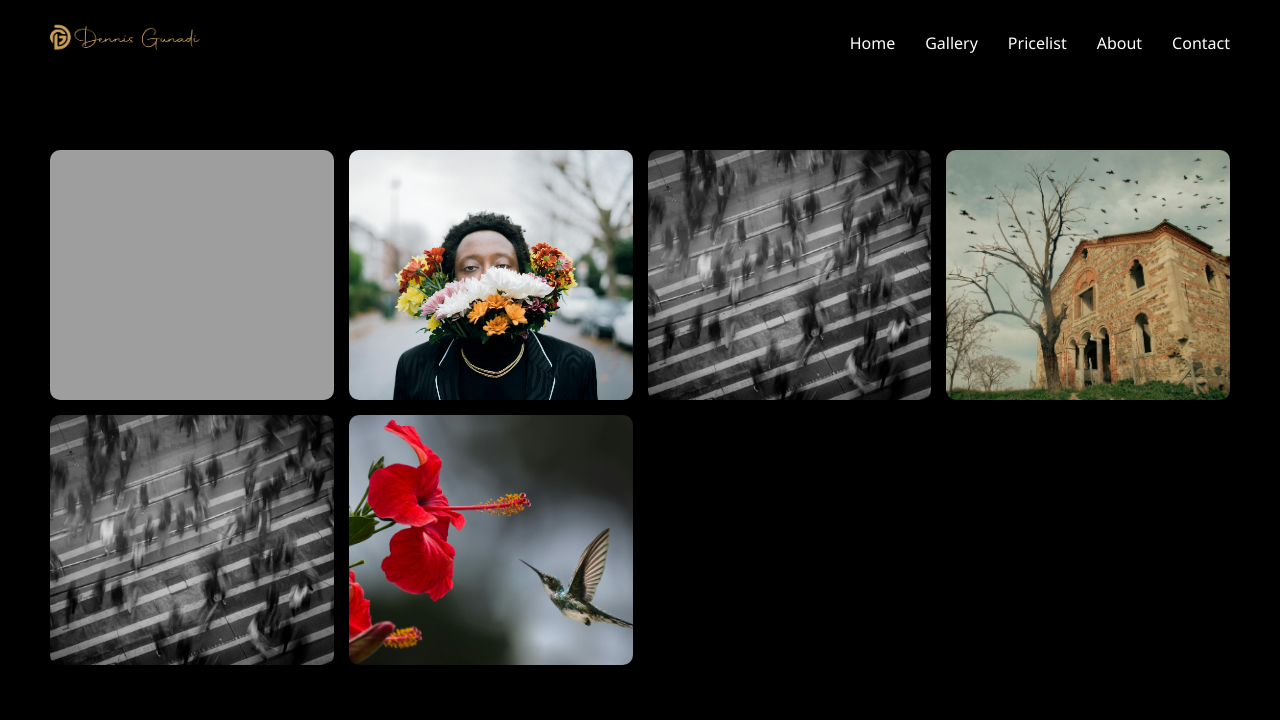
Repository: Diegoms0595/Diego-Final-project2
Page: gallery.html
These files come from the project's save history. The page is drawn as it stood at one moment and after the next save; the edit follows.
The browser window is 1280 px wide. The pictures show the whole page.
Pictures or frames that could not be fetched are drawn as grey boxes.

Above is the page before, as saved 2025-06-03 17:54:21.

### gallery.html
<!DOCTYPE html>
<html lang="en">

<head>
    <meta charset="UTF-8" />
    <meta name="viewport" content="width=device-width, initial-scale=1.0" />
    <title>DMSFP2</title>
    <link rel="stylesheet" href="gallery.css" />
</head>

<body>
    <header>
        <div class="logo">
            <a href="#">
                <img src="./Assets/Logo.png" alt="logohead">
            </a>
        </div>
        <nav>
            <ul class="nav-links">
                <li><a href="./index.html">Home</a></li>
                <li><a href="./gallery.html">Gallery</a></li>
                <li><a href="./pricelist.html">Pricelist</a></li>
                <li><a href="#">About</a></li>
                <li><a href="./Form.html">Contact</a></li>
            </ul>
        </nav>
    </header>
 <section class="gallery">
  <img src="./Assets/pexels-el-gringo-photo-116752370-29210886.jpg" alt="Foto 1">
  <img src="./Assets/pexels-ezekixl-6957184.jpg" alt="Foto 2">
  <img src="./Assets/pexels-mike-chai-285623-842339.jpg" alt="Foto 3">
  <img src="./Assets/pexels-merictuna-31146802.jpg" alt="Foto 4">
  <img src="./Assets/pexels-mike-chai-285623-842339.jpg" alt="Foto 5">
  <img src="./Assets/pexels-philippedonn-1133957.jpg" alt="Foto 6">
</section>









</body>

### gallery.css
 *{
  margin: 0;
  padding: 0;
  box-sizing: border-box;
}

body {
  font-family: 'Segoe UI', Tahoma, Geneva, Verdana, sans-serif;
  color: white;
  background-color: black;
}

/*  HEADER */
header {
  display: flex;
  justify-content: space-between;
  align-items: center;
  padding: 20px 50px;
  position: absolute;
  top: 0;
  width: 100%;
  z-index: 10;
}

.logo img {
  height: 40px;
}

/*  NAVIGATION */
.nav-links {
  list-style: none;
  display: flex;
  gap: 30px;
}

.nav-links li a {
  color: #fff;
  text-decoration: none;
  font-size: 16px;
  transition: color 0.3s ease;
}

.nav-links li a:hover {
  color: #f5c47c;
}


.hero {
  height: 100vh;
  background-image: url('./Assets/image\ 2.png');
  background-size: cover;
  background-position: center;
  display: flex;
  align-items: center;
  padding-left: 100px;
  position: relative;
}

.hero::before {
  content: '';
  position: absolute;
  top: 0;
  left: 0;
  width: 100%;
  height: 100%;
  background: rgba(0, 0, 0, 0.6);
  z-index: 1;
}

.hero-text {
  position: relative;
  z-index: 2;
  max-width: 600px;
  animation: fadeIn 2s ease-out forwards;
}

.hero-text h1 {
  font-size: 60px;
  color: #f5c47c;
  font-weight: bold;
  margin-bottom: 20px;
  line-height: 1.2;
  transition: transform 0.3s ease;
}

.hero-text h1:hover {
  transform: scale(1.05);
}

.hero-text p {
  font-size: 16px;
  line-height: 1.8;
  margin-bottom: 30px;
  color: #fff;
  animation: slideUp 2.5s ease forwards;
}


.book-now {
  display: inline-block;
  background-color: #f5c47c;
  color: black;
  padding: 12px 25px;
  border-radius: 8px;
  text-decoration: none;
  font-weight: bold;
  transition: background-color 0.3s ease, transform 0.3s ease;
}

.book-now:hover {
  background-color: #e2a14d;
  transform: scale(1.05);
}

@keyframes fadeIn {
  0% { opacity: 0; transform: translateY(-20px); }
  100% { opacity: 1; transform: translateY(0); }
}

@keyframes slideUp {
  0% { opacity: 0; transform: translateY(40px); }
  100% { opacity: 1; transform: translateY(0); }
}
.gallery {
  display: grid;
  grid-template-columns: repeat(auto-fit, minmax(250px, 1fr));
  gap: 15px;
  padding: 150px 50px 50px; /* ajusta según tu header */
}

.gallery img {
  width: 100%;
  height: 250px;
  object-fit: cover;
  border-radius: 10px;
  transition: transform 0.3s ease;
}

.gallery img:hover {
  transform: scale(1.03);
}

After the next save:
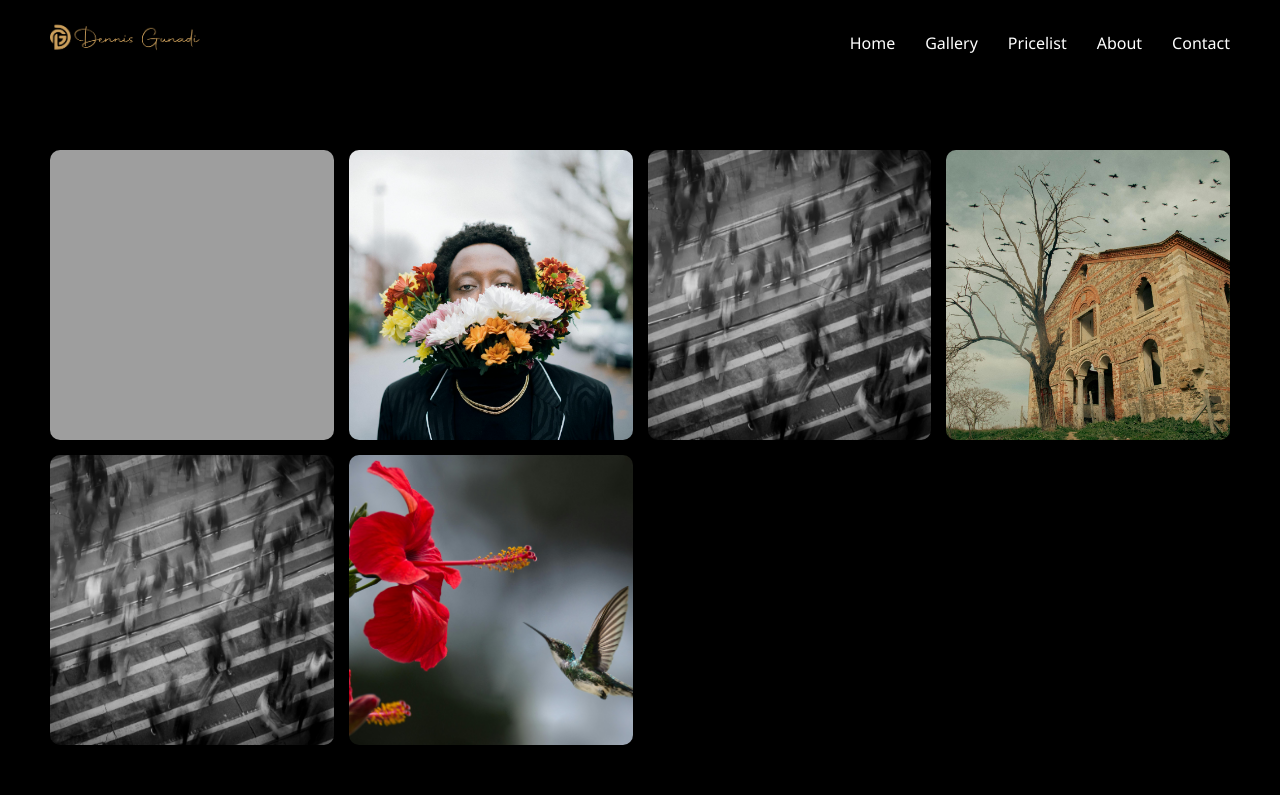
Saved 33 s later.
--- a/gallery.css
+++ b/gallery.css
@@ -130,7 +130,7 @@
 
 .gallery img {
   width: 100%;
-  height: 250px;
+  height: 290px;
   object-fit: cover;
   border-radius: 10px;
   transition: transform 0.3s ease;
